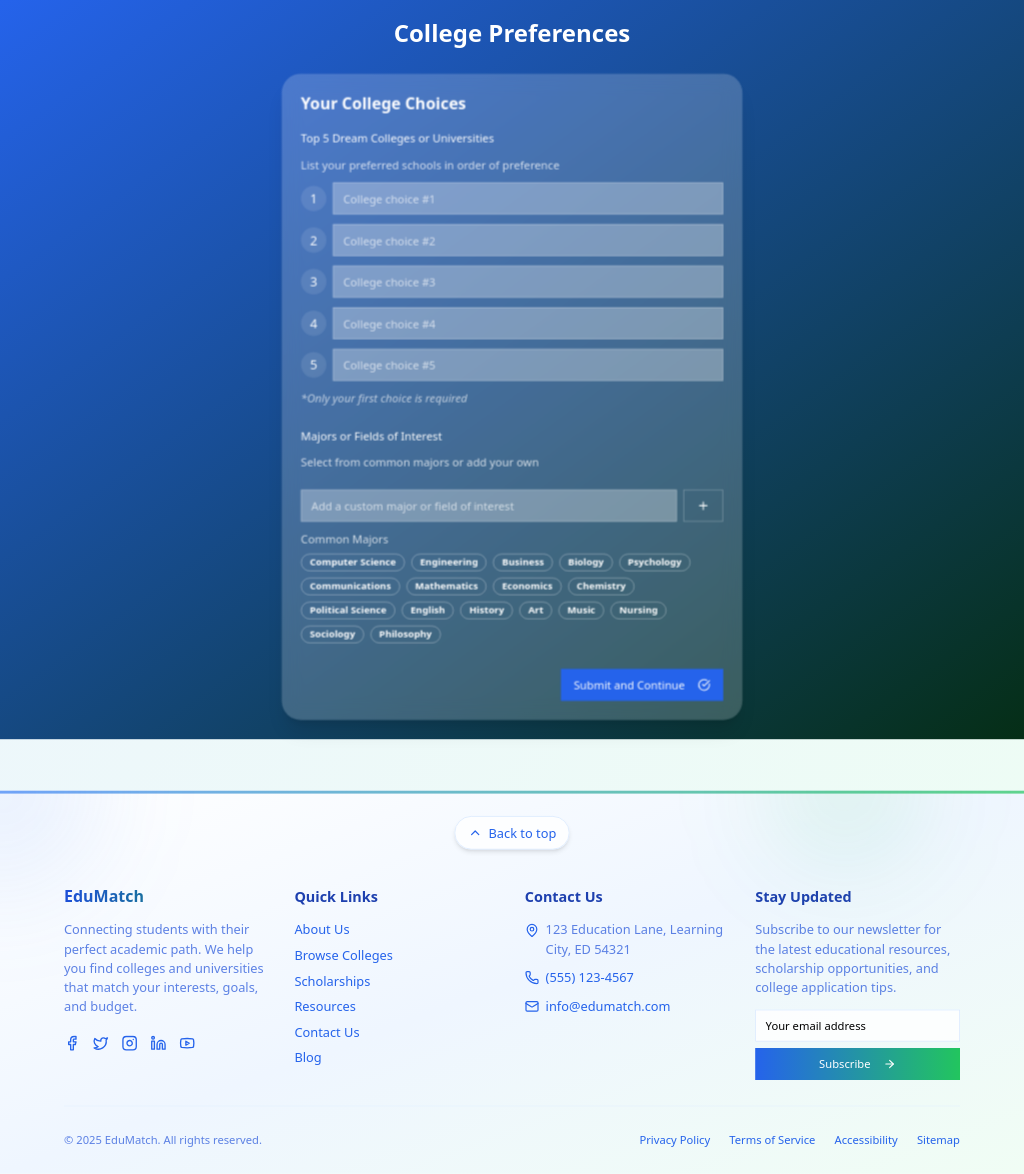
Repository: Kish202/EdTech
Page: /college-preferences
An editor plug-in stored every save of this project. The page is shown before and after a run of saves, followed by the edit.
The browser window is 1280 px wide. The pictures show the whole page, at 80% of full size.
The project was rebuilt for these pictures with package versions that can differ from the ones it lists, and the page was loaded fresh each time. Also part of the build but not shown: vite.config.js, src/components/sections/Navbar.jsx, src/components/registerforms/RegisterForm.jsx, src/components/sections/Hero.jsx, src/components/sections/Steps.jsx, src/components/ui/avatar.jsx, src/components/sections/Testmonials.jsx, src/components/ui/select.jsx and 12 more.

Above is the page before, as saved 2025-04-18 18:53:07.

After the next 2 saves:
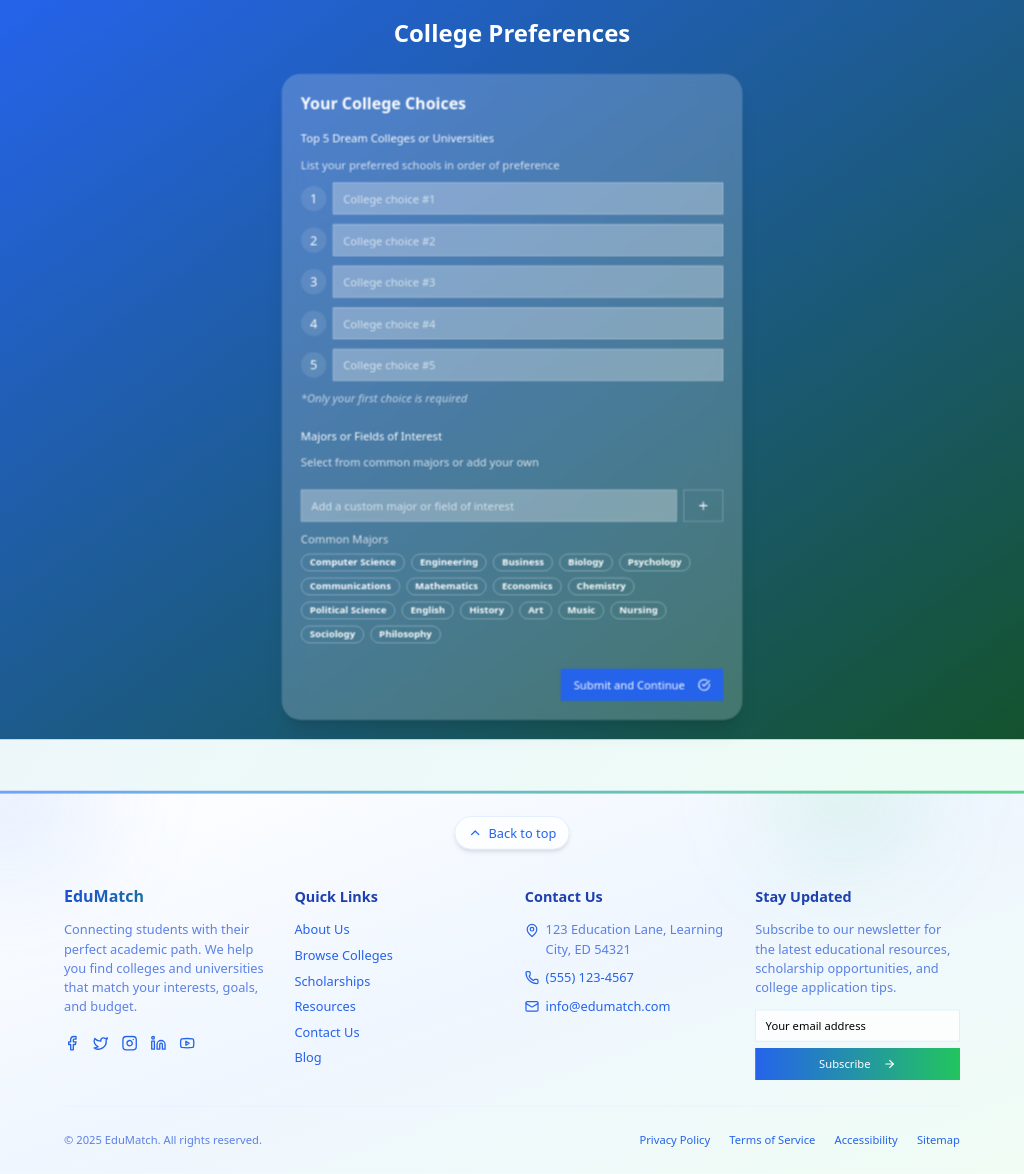
The 2 saves are shown as one change because they came seconds apart.
The last was saved 18 s later.
--- a/src/components/registerforms/Form3.jsx
+++ b/src/components/registerforms/Form3.jsx
@@ -160,7 +160,7 @@ export default function CollegePreferencesCard() {
   };
 
   return (
-    <div className="min-h-screen flex flex-col items-center justify-center p-6 bg-gradient-to-br from-blue-600 to-green-950">
+    <div className="min-h-screen flex flex-col items-center justify-center p-6 bg-gradient-to-br from-blue-600 to-green-900">
       <h1 className="text-3xl font-bold text-white mb-8 text-center">
         College Preferences
       </h1>
